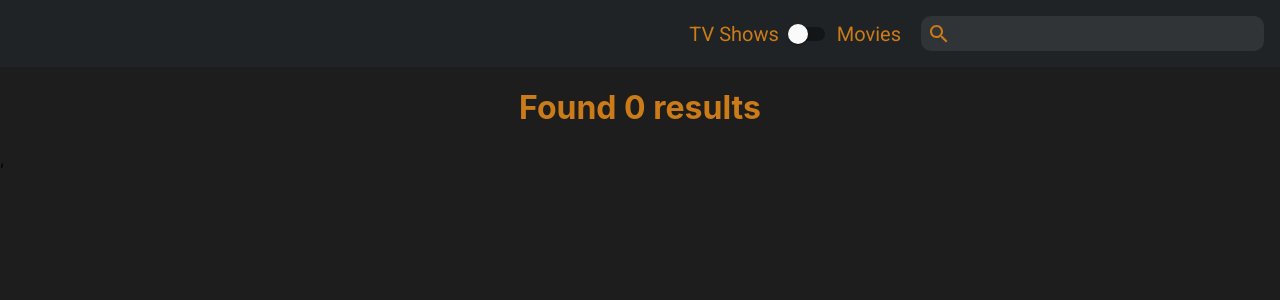
Repository: Amad-Mlinka/Movie-v2
Page: /
These files come from the project's save history. The page is drawn as it stood at one moment and after the next save; the edit follows.
The browser window is 1280 px wide. The pictures show the whole page.
The page's requests for data from a server got no answer. The project was rebuilt for these pictures with package versions that can differ from the ones it lists, and the page was loaded fresh each time. No one was signed in, and anything a server would have sent is missing. Also part of the build but not shown: src/components/media/Media.scss, src/components/media/Movie.tsx, src/components/media/Tv.tsx, src/pages/DetailPage.scss, src/pages/DetailPage.tsx.

Above is the page before, as saved 2021-04-30 06:35:23.

After the next save:
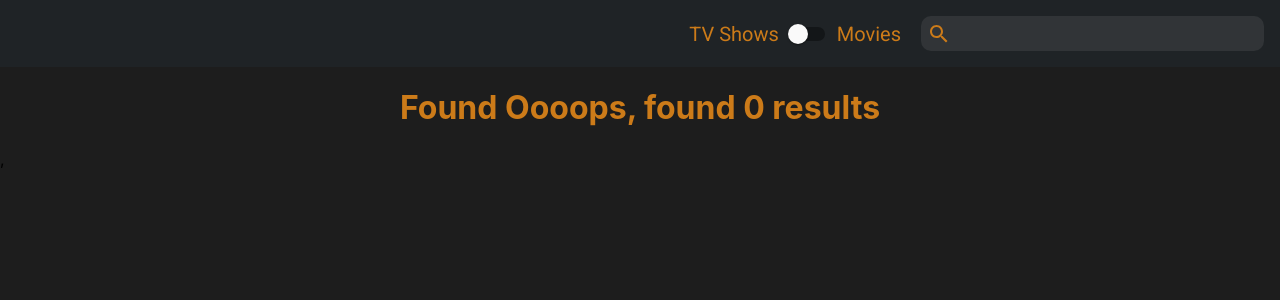
Saved 4 min 58 s later.
--- a/src/components/mediaList/MediaList.tsx
+++ b/src/components/mediaList/MediaList.tsx
@@ -95,8 +95,8 @@ export const MediaList = () => {
         <>
             <div className="count">
                 <h1 className="results-header">
-                    Found {state.media.length} results
-             </h1>
+                    Found {state.media.length===0 ? `Oooops, found ${state.media.length} ` : `Found ${state.media.length} `} results
+                </h1>
 
             </div>
             <div className="container">
